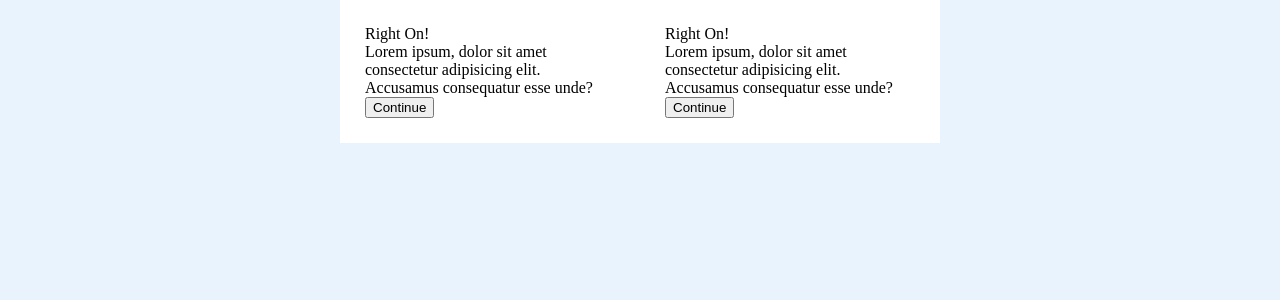
Repository: giahuy405/flash_message_BEM
Page: index.html
The author's editor kept a copy of each file at every save. The page is drawn from the files as they stood at one save, then again after the next save.
The browser window is 1280 px wide. The pictures show the whole page.

Above is the page before, as saved 2022-09-06 02:14:18.

### index.html
<!DOCTYPE html>
<html lang="en">
<head>
    <meta charset="UTF-8">
    <meta http-equiv="X-UA-Compatible" content="IE=edge">
    <meta name="viewport" content="width=device-width, initial-scale=1.0">
    <title>Document</title>
    <link rel="stylesheet" href="css/index.css">
</head>
<body>
        <!--
        code về phần flash message và áp dụng BEM Block Element Modifier
        Ví dụ :
        Laptop là Block ( 1 khối lớn )

        Thì các Element ( thành phần ) sẽ là : keyboard, mouse, screen, touch-pad
        Block Element : Laptop__keyboard, Laptop__mouse....

        Modifer ( biến thể khác ) sẽ là : loại của chúng như to, nhỏ, hãng,...
        Block Modifier : Laptop--big, Laptop--small,
        Block Element Modifier : Laptop__keyboard--apple , Laptop__touch-pad--smooth,...
    -->
        <!-- Block: flash message
        Element: img, title, desc (description), button
        Modifier: primary, secondary

        Block 1 & block 2
        flash-message
        flash-message__img, flash-message__title, flash-message__desc, flash-message__button

        Block 1: flash-message__title--primary -->


        <div class="container">
            <div class="flash-message__padding">
                <div class="flash-message-1">
                    <div class="flash-message__img">

                    </div>
                    <div class="flash-message__title">
                        Right On!
                    </div>
                    <div class="flash-message__desc">
                        Lorem ipsum, dolor sit amet consectetur adipisicing elit. Accusamus consequatur esse unde?
                    </div>
                    <button class="flash-message__button">Continue</button>
                </div>
            </div>
            <div class="flash-message__padding">
                <div class="flash-message-2">
                    <div class="flash-message__img">

                    </div>
                    <div class="flash-message__title">
                        Right On!
                    </div>
                    <div class="flash-message__desc">
                        Lorem ipsum, dolor sit amet consectetur adipisicing elit. Accusamus consequatur esse unde?
                    </div>
                    <button class="flash-message__button">Continue</button>
                </div>
            </div>
             <div class="clear"></div>
        </div>

</body>
</html>

### css/index.css
*{
    box-sizing: border-box;
}
body{
    padding: 0;
    margin: 0;
    background-color: #e8f3fe;
}
.clear{
    clear: both;
}
.container{
    width: 600px;
    margin: 0 auto;
}
.flash-message-1,.flash-message-2{
    float: left;
    width: 50%;
    background-color: white;
    padding: 25px ;
}

After the next save:
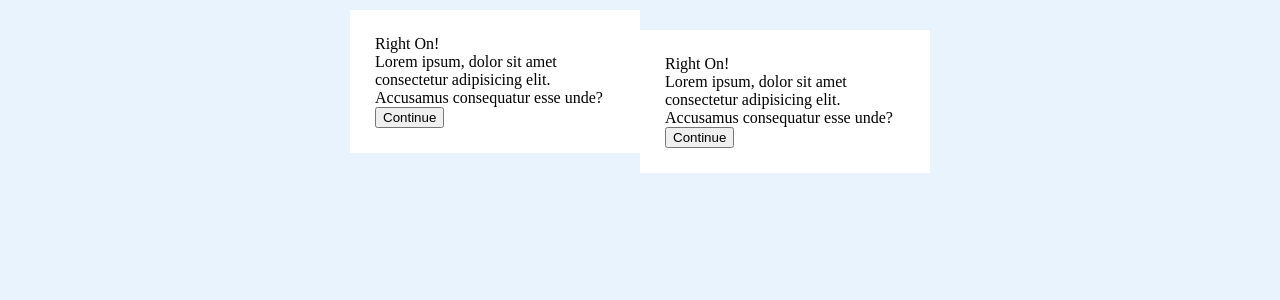
Saved 17 s later.
--- a/css/index.css
+++ b/css/index.css
@@ -19,3 +19,6 @@
     background-color: white;
     padding: 25px ;
 }
+.flash-message__padding{
+    padding: 10px;
+}

After the save that followed:
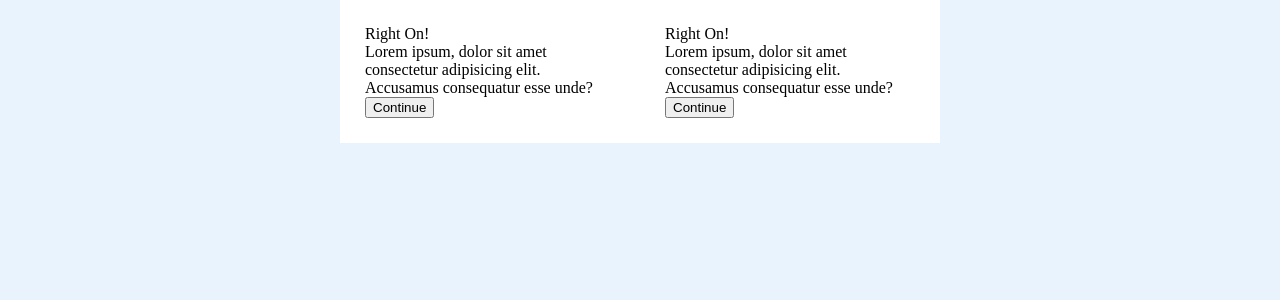
Saved 21 s later.
--- a/css/index.css
+++ b/css/index.css
@@ -20,5 +20,5 @@
     padding: 25px ;
 }
 .flash-message__padding{
-    padding: 10px;
+
 }
